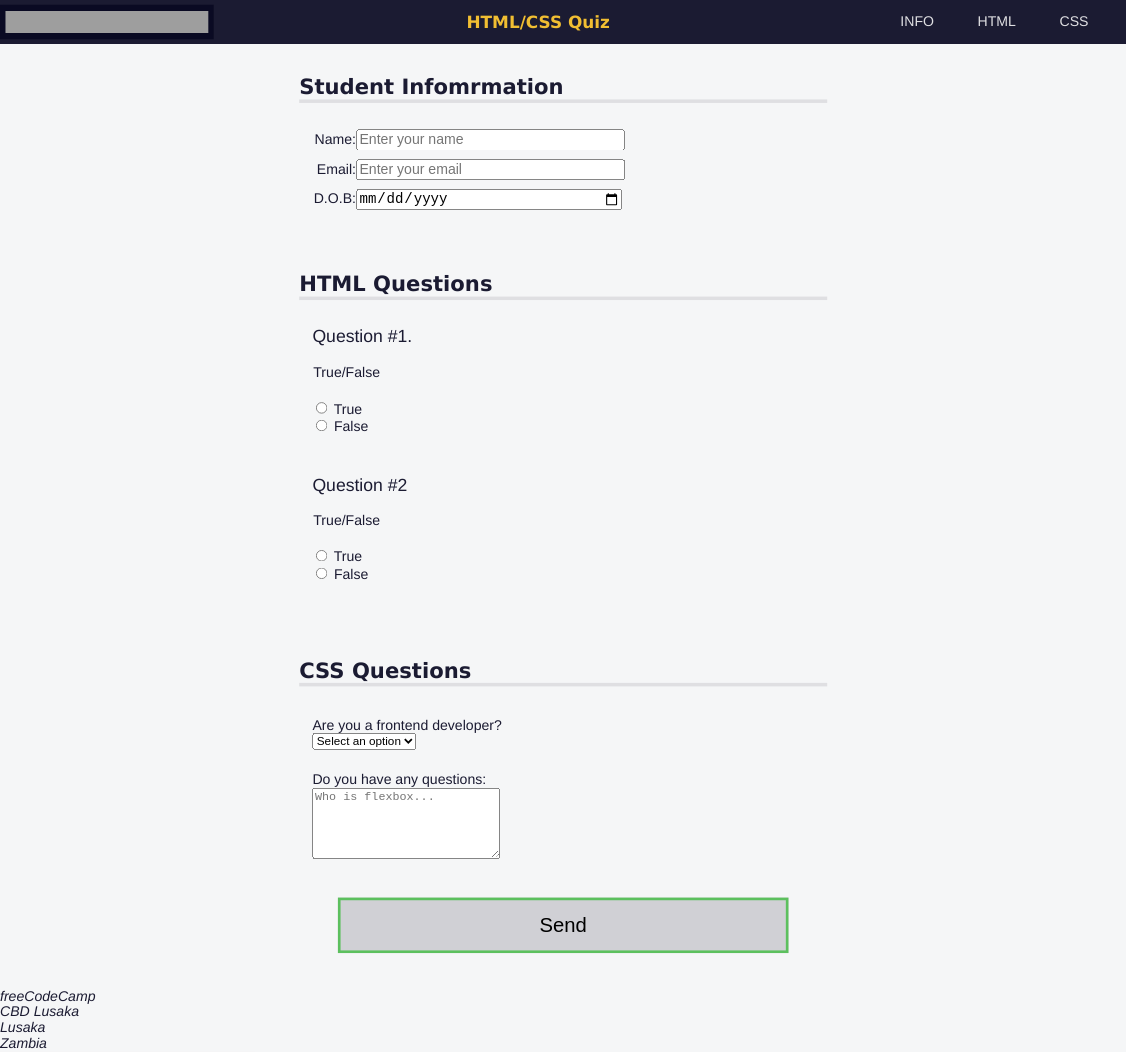
Repository: Lungdjos/accessibility_build_quiz
Page: index.html
An editor plug-in stored every save of this project. The page is shown before and after a run of saves, followed by the edit.
The browser window is 1280 px wide. The pictures show the whole page, at 88% of full size.
Pictures or frames that could not be fetched are drawn as grey boxes.

Above is the page before, as saved 2023-10-30 09:50:53.

### index.html
<!DOCTYPE html>
<html lang="en">

<head>
    <meta charset="UTF-8">
    <meta name="viewport" content="width=device-width, initial-scale=1.0">
    <meta name="description" content="Accessibility">
    <title>HTML/CSS Test Quiz</title>
    <link rel="stylesheet" href="styles.css">
</head>

<body>
    <header>
        <img src="https://cdn.freecodecamp.org/platform/universal/fcc_primary.svg" alt="" id="logo">
        <h1>HTML/CSS Quiz</h1>
        <nav>
            <ul>
                <li>
                    <a href="#student-info">info</a></li>
                <li>
                    <a href="#html-questions">html</a></li>
                <li>
                    <a href="#css-questions">css</a></li>
            </ul>
        </nav>
    </header>
    <main>
        <form action="https://freecodecamp.org/practice-project/accessibility-quiz" method="post">
            <section role="region" aria-labelledby="student-info">
                <h2 id="student-info">Student Infomrmation</h2>
                <div class="info">
                    <label for="student-name">
                        Name:
                    </label><input type="text" name="name" id="student-name" placeholder="Enter your name">
                </div>
                <div class="info">
                    <label for="student-email">
                        Email:
                    </label><input type="email" name="email" id="student-email" placeholder="Enter your email">
                </div>
                <div class="info">
                    <label for="birth-date">
                        D.O.B:<span class="sr-only">(Date of Birth)</span>
                    </label><input type="date" name="dob" id="birth-date">
                </div>
            </section>

            <section role="region" aria-labelledby="html-questions">
                <h2 id="html-questions">HTML Questions</h2>
                <div class="question-block">
                    <p>1.</p>
                    <fieldset name="first-question" class="question">
                        <legend>True/False</legend>
                        <ul class="answers-list">
                            <li>
                                <label for="q1-a1">
                                    <input type="radio" value="true" name="q1-answ" id="q1-a1"> True
                                </label>
                            </li>
                            <li>
                                <label for="q1-a2">
                                    <input type="radio" value="false" name="q1-answ" id="q1-a2"> False
                                </label>
                            </li>
                        </ul>
                    </fieldset>
                </div>
                <div class="question-block">
                    <p>2</p>
                    <fieldset name="second-question" class="question">
                        <legend>True/False</legend>
                        <ul class="answers-list">
                            <li>
                                <label for="q2-a1">
                                    <input type="radio" value="true" name="q2-answ" id="q2-a1"> True
                                </label>
                            </li>
                            <li>
                                <label for="q2-a2">
                                    <input type="radio" value="false" name="q2-answ" id="q2-a2"> False
                                </label>
                            </li>
                        </ul>
                    </fieldset>
                </div>
            </section>

            <section role="region" aria-labelledby="css-questions">
                <h2 id="css-questions">CSS Questions</h2>
                <div class="formrow">
                    <div class="question-block">
                        <label for="customer">Are you a frontend developer?</label>
                    </div>
                    <div class="answer">
                        <select name="customer" id="customer" required>
                            <option value="">Select an option</option>
                            <option value="yes">Yes</option>
                            <option value="no">No</option>
                        </select>
                    </div>

                    <div class="question-block">
                        <label for="css-questions">Do you have any questions:</label>
                    </div>
                    <div class="answer">
                        <textarea name="css-questions" id="css-questions" rows="5" cols="24" placeholder="Who is flexbox..."></textarea>
                    </div>
                </div>
            </section>
            <button type="submit">Send</button>
        </form>
    </main>
    <footer>
        <address>
            freeCodeCamp<br/>
            CBD Lusaka<br/>
            Lusaka<br/>
            Zambia
        </address>
    </footer>
</body>

</html>

### styles.css
/*Content design */

body {
    background: #f5f6f7;
    color: #1b1b32;
    font-family: Helvetica;
    margin: 0;
}

h1 {
    color: #f1be32;
    font-size: min(5vw, 1.2em);
    text-align: center;
}

main {
    padding-top: 25px;
}

h1,
h2 {
    font-family: Verdana, Tahoma;
}

h2 {
    border-bottom: 4px solid #dfdfe2;
    margin-top: 0;
    padding-top: 60px;
}

.sr-only {
    position: absolute;
    width: 1px;
    height: 1px;
    padding: 0;
    margin: -1px;
    overflow: hidden;
    clip: rect(0, 0, 0, 0);
    white-space: nowrap;
    border: 0;
}

p::before {
    content: "Question #";
}

p {
    margin-top: 5px;
    padding-left: 15px;
    font-size: 20px;
}


/* Nav bar design */

header {
    width: 100%;
    height: 50px;
    background-color: #1b1b32;
    display: flex;
    justify-content: space-between;
    align-items: center;
    position: fixed;
    top: 0;
}

#logo {
    width: max(100px, 18vw);
    background-color: #0a0a23;
    aspect-ratio: 35 / 4;
    padding: 0.4rem;
}

nav {
    width: 50%;
    max-width: 300px;
    height: 50px;
}

nav>ul {
    display: flex;
    justify-content: space-evenly;
    text-transform: uppercase;
    align-items: center;
    padding-inline-start: 0;
    margin-block: 0;
    height: 100%;
    flex-wrap: wrap;
}

nav li {
    color: #dfdfe2;
    margin: 0 0.2rem;
    padding: 0.2rem;
    display: block;
}

li>a {
    color: inherit;
}

nav li>a {
    text-decoration: none;
}

nav li>a:hover {
    text-decoration: none;
    background-color: #dfdfe2;
    color: #1b1b32;
    cursor: pointer;
}


/* Form design */

section {
    width: 80%;
    max-width: 600px;
    margin: 0 auto 10px auto;
}

.question {
    /* border-radius: 5px; */
    border: none;
    padding-bottom: 0;
}

.info {
    padding: 10px 0 0 5px;
}

.info input {
    width: 50%;
    text-align: left;
}

.info label {
    width: 10%;
    min-width: 55px;
}

.info input,
.info label {
    display: inline-block;
}

label {
    text-align: right;
}

.formrow {
    margin-top: 30px;
    padding: 0px 15px;
}

input {
    font-size: 16px;
}

.question-block {
    text-align: left;
    display: block;
    width: 100%;
    margin-top: 20px;
    padding-top: 5px;
}

.answers-list {
    list-style: none;
    padding: 0;
}

button {
    display: block;
    margin: 40px auto;
    width: 40%;
    padding: 15px;
    font-size: 23px;
    background: #d0d0d5;
    border: 3px solid #3b3b
}


/* Footer design */

After the next 2 saves:
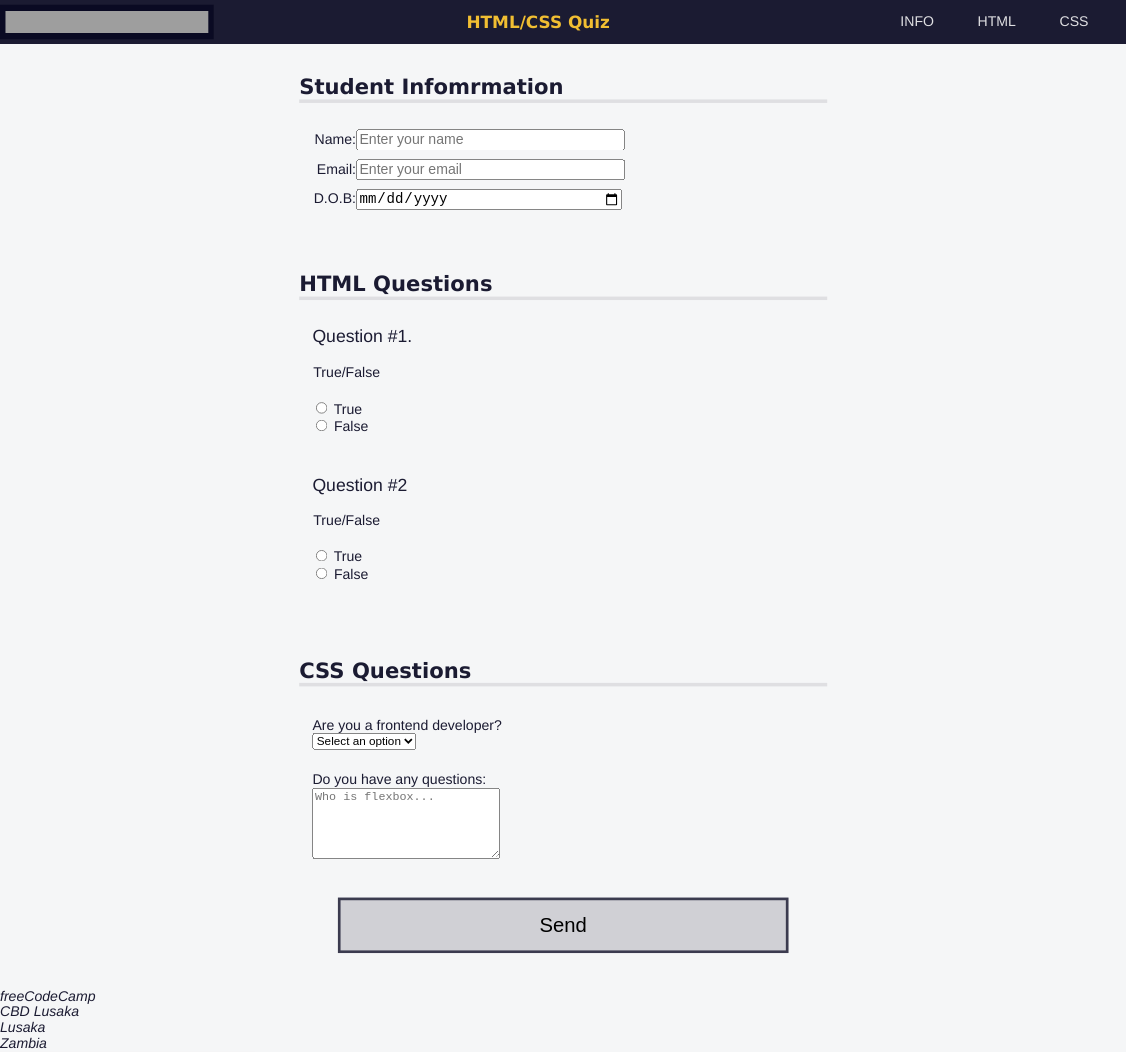
The 2 saves are shown as one change because they came seconds apart.
The last was saved 7 s later.
--- a/styles.css
+++ b/styles.css
@@ -177,7 +177,7 @@ button {
     padding: 15px;
     font-size: 23px;
     background: #d0d0d5;
-    border: 3px solid #3b3b
+    border: 3px solid #3b3b4f;
 }
 
 
